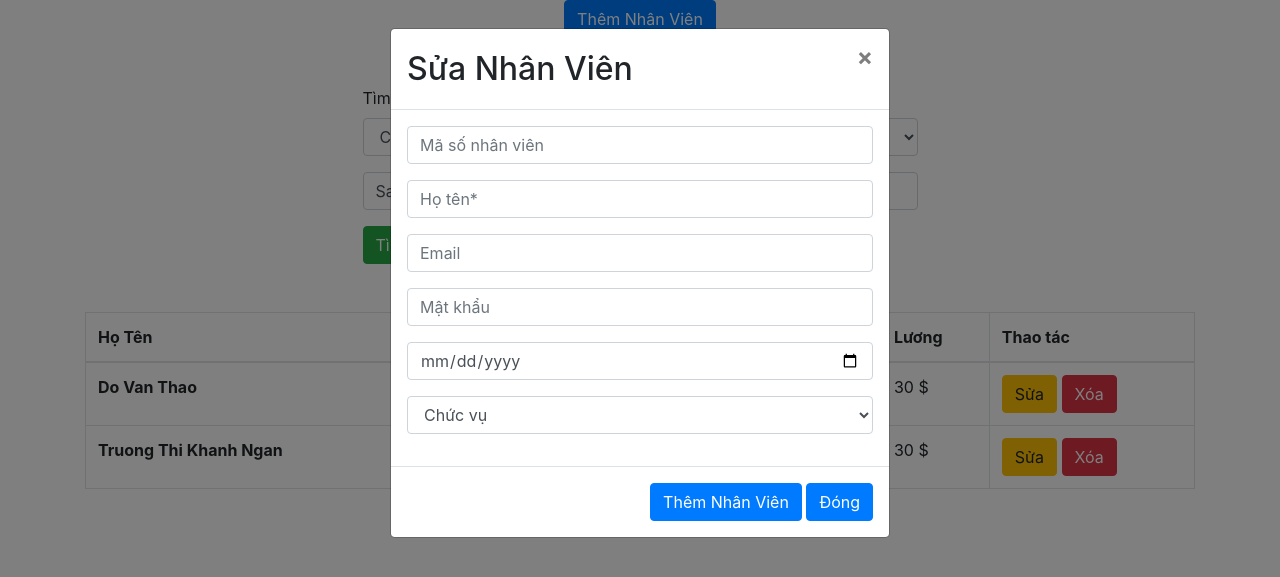
Repository: dovanthao2404/quanlynhanvien
Page: index.html
The author's editor kept a copy of each file at every save. The page is drawn from the files as they stood at one save, then again after the next save.
The browser window is 1280 px wide. The pictures show the whole page.
Empty fields were first filled with sample values (such as "Sample", 5 or name@example.com).
After loading, the first visible `#sua-1` was clicked once.

Above is the page before, as saved 2021-06-30 01:17:53.

### index.html
<!DOCTYPE html>
<html lang="en">

<head>
  <meta charset="UTF-8">
  <meta http-equiv="X-UA-Compatible" content="IE=edge">
  <meta name="viewport" content="width=device-width, initial-scale=1.0">
  <title>Quan Ly Nhan Vien</title>
  <!-- BOOTSTRAP  -->
  <link rel="stylesheet" href="https://cdn.jsdelivr.net/npm/bootstrap@4.6.0/dist/css/bootstrap.min.css"
    integrity="sha384-B0vP5xmATw1+K9KRQjQERJvTumQW0nPEzvF6L/Z6nronJ3oUOFUFpCjEUQouq2+l" crossorigin="anonymous">
  <!-- MAIN CSS -->
  <link rel="stylesheet" href="./css/style.css">
</head>

<body>
  <!-- Button trigger modal -->
  <button id="goiModal" type="button" class="btn btn-primary mx-auto d-block" data-toggle="modal"
    data-target="#exampleModal">
    Thêm Nhân Viên
  </button>

  <!-- Modal -->
  <div class="main">
    <div class="modal fade" id="exampleModal" tabindex="-1" aria-labelledby="exampleModalLabel" aria-hidden="true">
      <div class="modal-dialog">
        <div class="modal-content">
          <div class="modal-header">
            <h2 id="header-title" class="modal-title">Quản lý nhân viên</h2>
            <button type="button" class="close" data-dismiss="modal" aria-label="Close">
              <span aria-hidden="true">&times;</span>
            </button>
          </div>
          <div class="modal-body">
            <div class="form-group">
              <input type="text" class="form-control" id="msnv" placeholder="Mã số nhân viên">
              <span id="thongBaoMNV" class="sp-thongbao text-danger"></span>
            </div>
            <div class="form-group">
              <input type="text" class="form-control" id="hoTen" placeholder="Họ tên*">
              <span id="thongBaoHo" class="sp-thongbao text-danger"></span>
            </div>
            <div class="form-group">
              <input type="text" class="form-control" id="email" placeholder="Email">
              <span id="thongBaoMNV" class="sp-thongbao text-danger"></span>
            </div>
            <div class="form-group">
              <input type="password" class="form-control" id="matKhau" placeholder="Mật khẩu">
              <span id="thongBaoMNV" class="sp-thongbao text-danger"></span>

            </div>
            <div class="form-group">
              <input type="date" class="form-control" id="ngayLam">
              <span id="thongBaoNgayLam" class="sp-thongbao text-danger"></span>

            </div>
            <div class="form-group">
              <select id="chucVu" class="form-control">
                <option selected>Chức vụ</option>
                <option>Sếp</option>
                <option>Trưởng Phòng</option>
                <option>Nhân Viên</option>
              </select>
              <span id="thongBaoChucVu" class="sp-thongbao text-danger"></span>

            </div>

          </div>
          <div class="modal-footer">
            <div class="form-group">

              <button class="btn btn-primary" type="button" id="btnThemNhanVien">Thêm Nhân Viên</button>
              <button class="btn btn-primary" type="button" id="btnCapNhat">Cập nhật</button>
              <button class="btn btn-primary" type="button" id="btnDong">Đóng</button>
            </div>

          </div>
        </div>
      </div>
    </div>
    <div class="search-staff my-5">
      <div class="container">
        <div class="add-staff__content w-50 mx-auto">
          <div class="form-group">
            <label for="">Tìm nhân viên</label>
            <select id="" class="form-control">
              <option selected>Chọn</option>
              <option>Theo Tên</option>
              <option>Theo mã</option>
            </select>
            <span class="sp-thongbao text-danger"></span>
          </div>
          <div class="form-group">
            <input class="form-control" type="text" placeholder="Nhập từ khóa">
          </div>
          <div class="form-group">
            <input class="btn btn-success" type="button" value="Tìm ngay">
          </div>
        </div>
      </div>
    </div>
  </div>

  <div class="list-staff">
    <div class="container">
      <div id="list-staff__content">
        <table id="danhSachNhanVien" class="table table-bordered">
          <thead>
            <tr>
              <th scope="col">Họ Tên</th>
              <th scope="col">MSNV</th>
              <th scope="col">Ngày Làm</th>
              <th scope="col">Chức vụ</th>
              <th scope="col">Lương</th>
              <th scope="col">Thao tác</th>
            </tr>
          </thead>
          <tboby>
            <tr>
              <th scope="row">a</th>
              <td>Jacob</td>
              <td>Thornton</td>
              <td>@fat</td>
              <td>Jacob</td>
              <td>
                <button class="btn btn-warning" id="sua">Sửa</button>
                <button class="btn btn-danger" id="xoa">Xóa</button>
              </td>
            </tr>
          </tboby>
        </table>
      </div>
    </div>
  </div>
  <!-- BOOSTRAP -->
  <script src="https://code.jquery.com/jquery-3.5.1.slim.min.js"
    integrity="sha384-DfXdz2htPH0lsSSs5nCTpuj/zy4C+OGpamoFVy38MVBnE+IbbVYUew+OrCXaRkfj"
    crossorigin="anonymous"></script>
  <script src="https://cdn.jsdelivr.net/npm/bootstrap@4.6.0/dist/js/bootstrap.bundle.min.js"
    integrity="sha384-Piv4xVNRyMGpqkS2by6br4gNJ7DXjqk09RmUpJ8jgGtD7zP9yug3goQfGII0yAns"
    crossorigin="anonymous"></script>
  <script src="./js/NhanVien.js"></script>
  <script src="js/CongTy.js"></script>
  <script src="js/main.js"></script>
</body>

</html>

### js/NhanVien.js
class NhanVien {

  constructor(maNV, hoTen, email, matKhau, ngayLamViec, chucVu) {
    this.maNV = maNV;
    this.hoTen = hoTen;
    this.email = email;
    this.matKhau = matKhau;
    this.ngayLamViec = ngayLamViec;
    this.chucVu = chucVu;
    this.mangDoiChieu = [this.maNV, this.hoTen, this.email
      , this.matKhau, this.ngayLamViec, this.chucVu];
  }
}

### js/CongTy.js
class CongTy {
  constructor() {
    this.DanhSachNhanVien = [];
  }
  // Phương thức thêm nhân viên mới vào mảng (thuộc tính) DanhSachNhanVien
  ThemNhanVien(nhanVienMoi) {
    this.DanhSachNhanVien = [...this.DanhSachNhanVien, nhanVienMoi];
  }

  // Phước thức tìm nhân viên theo mã nhân viên, trả về vị trí nhân viên trong mảng DanhSachNhanVien
  TimViTriNhanVien(maNV) {
    // return this.DanhSachNhanVien.find(nhanVien => nhanVien.maNV === maNV)
    for (let viTri in this.DanhSachNhanVien) {
      if (this.DanhSachNhanVien[viTri].maNV === maNV) {
        return viTri;
      }
    }
    return -1;
  }

  // Tìm nhân viên theo mã trả về nhân viên
  TimNhanVienTheoMa(maNV) {
    let viTri = this.TimViTriNhanVien(maNV);
    if (viTri != -1) {
      return this.DanhSachNhanVien[viTri];
    } else {
    }
  }

  // Xóa nhân viên theo mã
  XoaNhanVien(maNV) {
    let viTri = this.TimViTriNhanVien(maNV);
    if (viTri != -1) {
      this.DanhSachNhanVien.splice(viTri, 1);
    } else {
    }
  }

  // Sửa nhân viên
  SuaNhanVien(nhanVien) {
    let viTri = this.TimViTriNhanVien(nhanVien.maNV);
    this.DanhSachNhanVien[viTri] = nhanVien;
  }

  // Tìm nhân viên theo tên --> trả về danh sách nhân viên
  TimNhanVienTheoTen(hoTen) {
    let dskq = new CongTy();
    hoTen = hoTen.trim().toUpperCase();
    for (let nhanVien of this.DanhSachNhanVien) {
      let hoTenNV = nhanVien.hoTen.trim().toUpperCase();
      if (hoTenNV.search(hoTen) !== -1) {
        dskq.ThemNhanVien(nhanVien);
      }
    }
    return dskq;
  }
}

### js/main.js
function getEle(ele) {
  return document.getElementById(ele);
}

var congTy = new CongTy();
var nhanVienMoi = new NhanVien('1', "Do Van Thao", 'abc@gmail.com', 'truongthikhanhngan', 'ngayLamViec', 'Sep');
congTy.ThemNhanVien(nhanVienMoi);
nhanVienMoi = new NhanVien('2', "Truong Thi Khanh Ngan", 'abc@gmail.com', 'truongthikhanhngan', 'ngayLamViec', 'Truong Phong');
congTy.ThemNhanVien(nhanVienMoi);

// Ham goi modal popup: Them Nhan Vien or Sua thong tin nhan vien
GoiModal = (modal_title, readonly = false, type = 1) => {
  // type = 1: them nhan vien, type = 2: sua thong tin
  getEle('header-title').innerHTML = modal_title;
  getEle('msnv').readonly = readonly;

  switch (type) {
    case 1: //Them nhanVien
      getEle("btnThemNhanVien").style.display = "inline-block";
      getEle("btnCapNhat").style.display = "none";
      getEle("btnDong").style.display = "inline-block";
      break;

    case 2:
      getEle("btnCapNhat").style.display = "inline-block";
      getEle("btnThemNhanVien").style.display = "none";
      getEle("btnDong").style.display = "inline-block";
      break;
  }
}

getEle('goiModal').addEventListener('click', function () {
  GoiModal("Thêm Nhân Viên");
})


// Reset form
XoaForm = () => {
  let elements = document.getElementsByTagName('input');
  for (let element of elements) {
    element.value = '';
  }
  document.getElementById('chucVu').selectedIndex = 0;
}

HienThiDanhSach = (dsnv) => {
  var tbody = document.querySelector('table tbody');
  var htmls = '';
  let soNV = dsnv.length;
  for (let i = 0; i < soNV; i++) {
    htmls += `<tr>
          <th scope="row">${dsnv[i].hoTen}</th>
          <td>${dsnv[i].maNV}</td>
          <td>${dsnv[i].ngayLamViec}</td>
          <td>${dsnv[i].chucVu}</td>
          <td>30 $</td>
          <td>
            <button class="btn btn-warning" id="sua-${dsnv[i].maNV}" data-toggle="modal"
            data-target="#exampleModal">Sửa</button>
            <button class="btn btn-danger" id="xoa">Xóa</button>
          </td>
        </tr>`
  }
  tbody.innerHTML = htmls;
}
HienThiDanhSach(congTy.DanhSachNhanVien);


// Sửa nhân viên

function SuaNhanVien(dsnv) {
  let soNV = dsnv.length;
  for (let i = 0; i < soNV; i++) {
    getEle(`sua-${dsnv[i].maNV}`).addEventListener('click', function () {
      GoiModal("Sửa Nhân Viên");
    })
  }
}
SuaNhanVien(congTy.DanhSachNhanVien);

Loaded but not shown: css/style.css (common file)

After the next save:
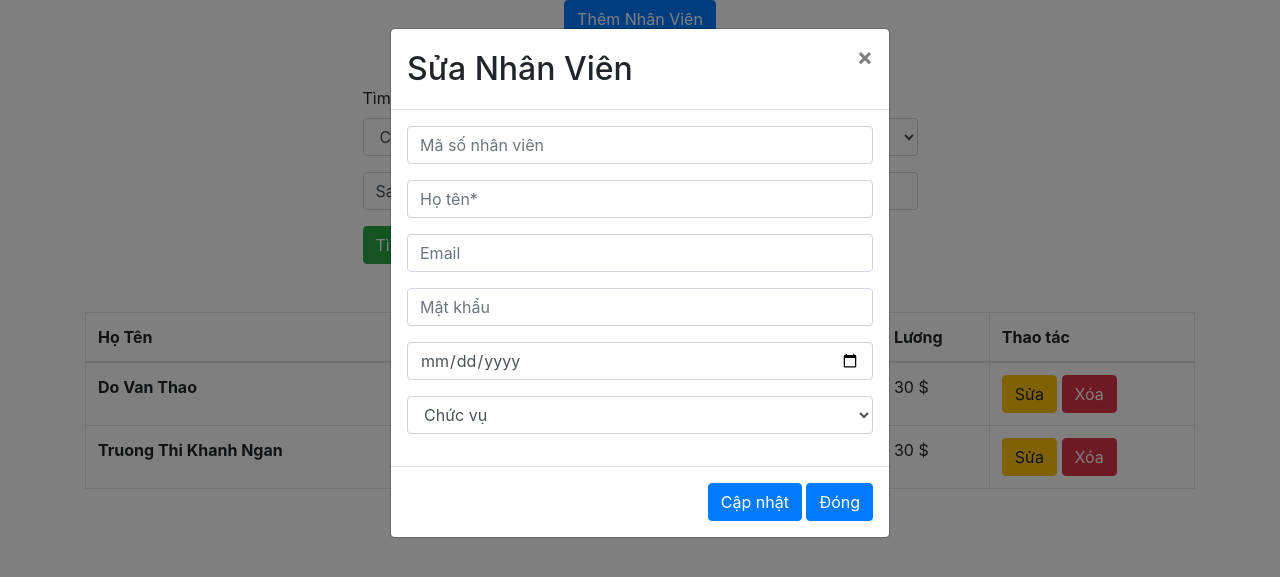
Saved 51 s later.
--- a/js/main.js
+++ b/js/main.js
@@ -72,7 +72,7 @@ function SuaNhanVien(dsnv) {
   let soNV = dsnv.length;
   for (let i = 0; i < soNV; i++) {
     getEle(`sua-${dsnv[i].maNV}`).addEventListener('click', function () {
-      GoiModal("Sửa Nhân Viên");
+      GoiModal("Sửa Nhân Viên", true, 2);
     })
   }
 }
